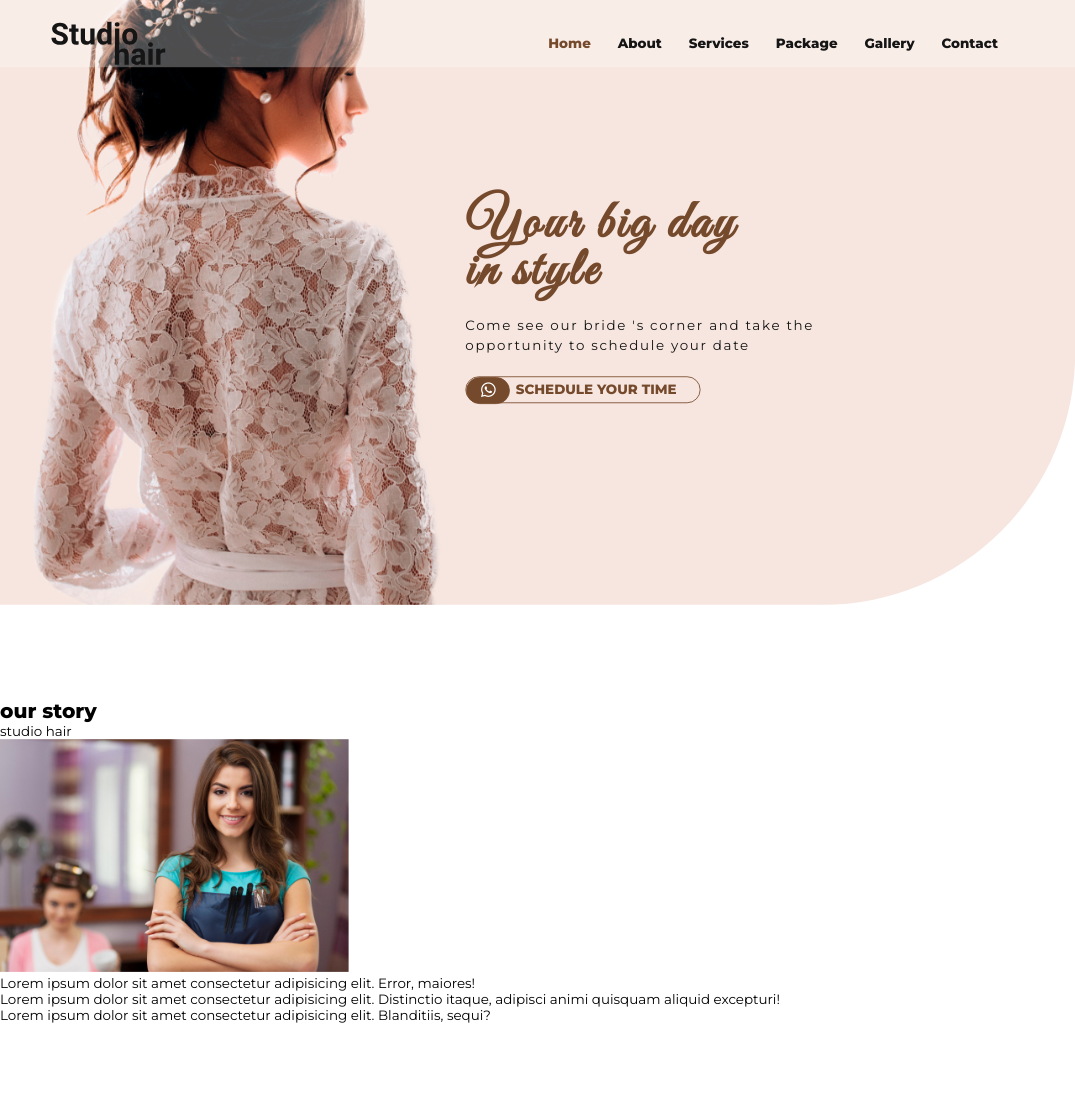
Repository: TuanHuflit2k1/clone-web01
Page: index.html
An editor plug-in stored every save of this project. The page is shown before and after a run of saves, followed by the edit.
The browser window is 1280 px wide. The pictures show the whole page, at 84% of full size.
Some web libraries are served in a nearby version.

Above is the page before, as saved 2022-04-28 11:04:49.

### index.html
<!DOCTYPE html>
<html lang="en">
  <head>
    <meta charset="UTF-8" />
    <meta http-equiv="X-UA-Compatible" content="IE=edge" />
    <meta name="viewport" content="width=device-width, initial-scale=1.0" />
    <title>Beauty Salon</title>
    <!-- css file -->
    <link rel="stylesheet" href="./style.css" />
    <!-- font awesomw CDN -->
    <link
      rel="stylesheet"
      href="https://cdnjs.cloudflare.com/ajax/libs/font-awesome/6.1.1/css/all.min.css"
      integrity="sha512-KfkfwYDsLkIlwQp6LFnl8zNdLGxu9YAA1QvwINks4PhcElQSvqcyVLLD9aMhXd13uQjoXtEKNosOWaZqXgel0g=="
      crossorigin="anonymous"
      referrerpolicy="no-referrer"
    />
  </head>
  <body>
    <!-- header -->
    <header class="header" id="header">
      <div class="navbar">
        <div class="logo">
          <img src="./img/logo.svg" alt="Logo" />
        </div>
        <nav class="nav-menu" id="nav-menu">
          <ul class="nav-list">
            <li><a href="#" class="nav-link active">home</a></li>
            <li><a href="#about" class="nav-link">about</a></li>
            <li><a href="#services" class="nav-link">services</a></li>
            <li><a href="#package" class="nav-link">package</a></li>
            <li><a href="#gallery" class="nav-link">gallery</a></li>
            <li><a href="#contact" class="nav-link">contact</a></li>
          </ul>
        </nav>
        <div class="nav-toggle" id="nav-toggle">
          <i class="fas fa-bars"></i>
        </div>
      </div>
    </header>
    <!-- end header -->
    <!-- start home section -->
    <section class="home">
      <div class="container">
        <div class="home-img">
          <img src="./img/home-img.png" />
        </div>
        <div class="home-content">
          <h1>Your big day<br /><span>in style</span></h1>
          <p>
            Come see our bride 's corner and take the opportunity to schedule
            your date
          </p>
          <a href="#" class="btn btn-outline">
            <i class="fab fa-whatsapp"></i>
            Schedule your time
          </a>
        </div>
      </div>
    </section>
    <!-- end section home -->
    <!-- start section about -->
    <section class="about" id="about">
      <div class="container">
        <div class="section-title">
          <h1>our story</h1>
          <span>studio hair</span>
        </div>
        <div class="about-detail">
          <div class="about-detal-content">
            <div class="about-img">
              <img src="./img/about-img.jpg" />
            </div>
            <div class="about-description">
              <p>
                Lorem ipsum dolor sit amet consectetur adipisicing elit. Error,
                maiores!
              </p>
              <p>
                Lorem ipsum dolor sit amet consectetur adipisicing elit.
                Distinctio itaque, adipisci animi quisquam aliquid excepturi!
              </p>
              <p>
                Lorem ipsum dolor sit amet consectetur adipisicing elit.
                Blanditiis, sequi?
              </p>
            </div>
          </div>
        </div>
      </div>
    </section>
    <!-- link js -->
    <script src="./main.js"></script>
  </body>
</html>

### style.css
/* font */
@import url("https://fonts.googleapis.com/css2?family=Great+Vibes&family=Montserrat:wght@300;400;600;800&display=swap");
:root {
  --header-height: 5rem;
  --main-color: #f7e6df;
  --first-color: #75492b;
  --secon-color: #dfd6a7;
  --white-color: #fff;
  --black-color: #151515;

  --font-cursive: "Great Vibes", cursive;
  --font-body: "Montserrat", sans-serif;

  --big-font-size: 3rem;
  --h1-font-size: 2.25rem;
  --h2-font-size: 1.5rem;
  --h3-font-size: 1.25rem;
  --normal-font-size: 1rem;
  --small-font-size: 0.813rem;
}
* {
  box-sizing: border-box;
  margin: 0;
  padding: 0;
  text-decoration: none;
  list-style: none;
  outline: none;
  border: none;
}
html {
  scroll-behavior: smooth;
}
body {
  background-color: var(--white-color);
  font-size: var(--normal-font-size);
  font-family: var(--font-body);
  overflow-x: hidden;
}
/* button */
.btn {
  width: 240px;
  display: flex;
  align-items: center;
  justify-content: center;
  text-align: center;
  background-color: var(--first-color);
  color: var(--white-color);
  border: 1px solid var(--first-color);
  border-radius: 50px;
  font-size: var(--normal-font-size);
  font-weight: bold;
  text-transform: uppercase;
  line-height: 1rem;
  padding: 10px 20px;
  cursor: pointer;
  transition: all 0.4s ease;
}
.btn:hover {
  background-color: transparent;
  color: var(--first-color);
}
.btn-outline {
  width: 280px;
  background-color: transparent;
  color: var(--first-color);
  padding: 5px 10px 5px 0;
  transition: all 0.4s ease;
  position: relative;
}
.btn-outline::before {
  content: "";
  position: absolute;
  top: 0;
  left: 0;
  width: 18%;
  height: 100%;
  background-color: var(--first-color);
  border: 1px solid var(--first-color);
  border-radius: 50px;
  transition: all 0.4s ease-in-out;
}
.btn-outline i {
  margin-right: 1.5rem;
  font-size: var(--h3-font-size);
  color: var(--white-color);
  z-index: 10;
}
.btn-outline:hover::before {
  width: 100%;
  z-index: -1;
}
.btn-outline:hover {
  color: var(--white-color);
  z-index: 10;
}
/* end button */
.header {
  position: fixed;
  top: 0;
  left: 0;
  right: 0;
  height: var(--header-height);
  background-color: rgba(255, 255, 255, 0.3);
  z-index: 10000;
  transition: all 0.4s ease;
}
.scroll-header {
  background-color: var(--white-color);
  box-shadow: 0 4px 6px rgba(0, 0, 0, 0.1);
}
.navbar {
  width: 100%;
  max-width: 1200px;
  margin: 0 auto;
  display: flex;
  justify-content: space-between;
  align-items: center;
  padding: 20px;
}
.nav-menu .nav-list {
  display: flex;
}
.nav-menu li {
  margin-right: 2rem;
}
.nav-link {
  font-size: var(--normal-font-size);
  color: var(--black-color);
  font-weight: bold;
  text-transform: capitalize;
  position: relative;
  transition: all 0.4s ease;
}
.nav-link::before {
  content: "";
  position: absolute;
  width: 0;
  left: 0;
  bottom: 0;
  height: 2px;
  background-color: var(--first-color);
  transition: all 0.4s ease-in-out;
}
.nav-link:hover::before {
  width: 100%;
}
.nav-link:hover,
.nav-link.active {
  color: var(--first-color);
}
.nav-toggle {
  font-size: var(--h1-font-size);
  padding: 5px 5px 0;
  border: 2px solid transparent;
  cursor: pointer;
  z-index: 100;
  display: none;
}
.nav-toggle:hover {
  color: var(--first-color);
  border: 2px solid var(--first-color);
}
/* Start Home Section */
.home {
  width: 100%;
  height: 100vh;
  background-color: var(--main-color);
  border-radius: 0 0 300px 0;
}
.home .container {
  max-width: 1200px;
  margin: 0 auto;
  display: flex;
  flex-wrap: wrap;
}
.home .home-img img {
  max-width: 100%;
  height: 100%;
}
.home .home-content {
  width: 40%;
  height: 100vh;
  display: flex;
  flex-direction: column;
  align-items: flex-start;
  justify-content: center;
}
.home-content h1 {
  font-family: var(--font-cursive);
  font-size: 4rem;
  line-height: 3.5rem;
  letter-spacing: 4px;
  color: var(--first-color);
  margin-bottom: 1.5rem;
}
.home-content p {
  font-weight: 400;
  line-height: 1.5rem;
  letter-spacing: 2px;
  color: var(--black-color);
  margin-bottom: 1.5rem;
}

/* End Home Section */
/* start about section */
.about {
    width: 100%;
    padding: 7rem 0;
    background-image: url();
}
@media (max-width: 920px) {
  .nav-menu {
    position: absolute;
    top: 0;
    right: 0;
    width: 0;
    height: 100vh;
    background-color: var(--main-color);
    font-size: var(--h2-font-size);
    text-align: center;
    text-transform: capitalize;
    padding-top: var(--header-height);
    box-shadow: 0 0 5px rgba(0, 0, 0, 0.4);
    transition: all 0.4s ease-in-out;
  }
  .show-nav {
    width: 60%;
  }
  .nav-menu .nav-list {
    display: block;
  }
  .nav-menu li {
    padding: 15px 0;
  }
  .nav-link {
    font-size: var(--h3-font-size);
  }
  .nav-toggle {
    display: block;
  }
  .home .home-img img {
    display: none;
  }
  .home .home-content {
    width: 100%;
    height: 100vh;
    display: flex;
    justify-content: center;
    align-items: center;
  }
  .home-content h1 {
    font-size: var(--big-font-size);
  }
  .home-content p {
    padding: 0 2rem;
  }
}

### main.js
//Show Navbar
const nav = document.querySelector(".nav-menu");
const toggle = document.querySelector(".nav-toggle");
toggle.onclick = () => {
  nav.classList.toggle("show-nav");
};
//Remove bar
const navLink = document.querySelectorAll(".nav-link");
function linkAction() {
  nav.classList.remove("show-nav");
}
navLink.forEach((n) => n.addEventListener("click", linkAction));
//change active color
function colorLink() {
  if (navLink) {
    navLink.forEach((n) => n.classList.remove("active"));
    this.classList.add("active");
  }
}
navLink.forEach((l) => l.addEventListener("click", colorLink));

After the next 4 saves:
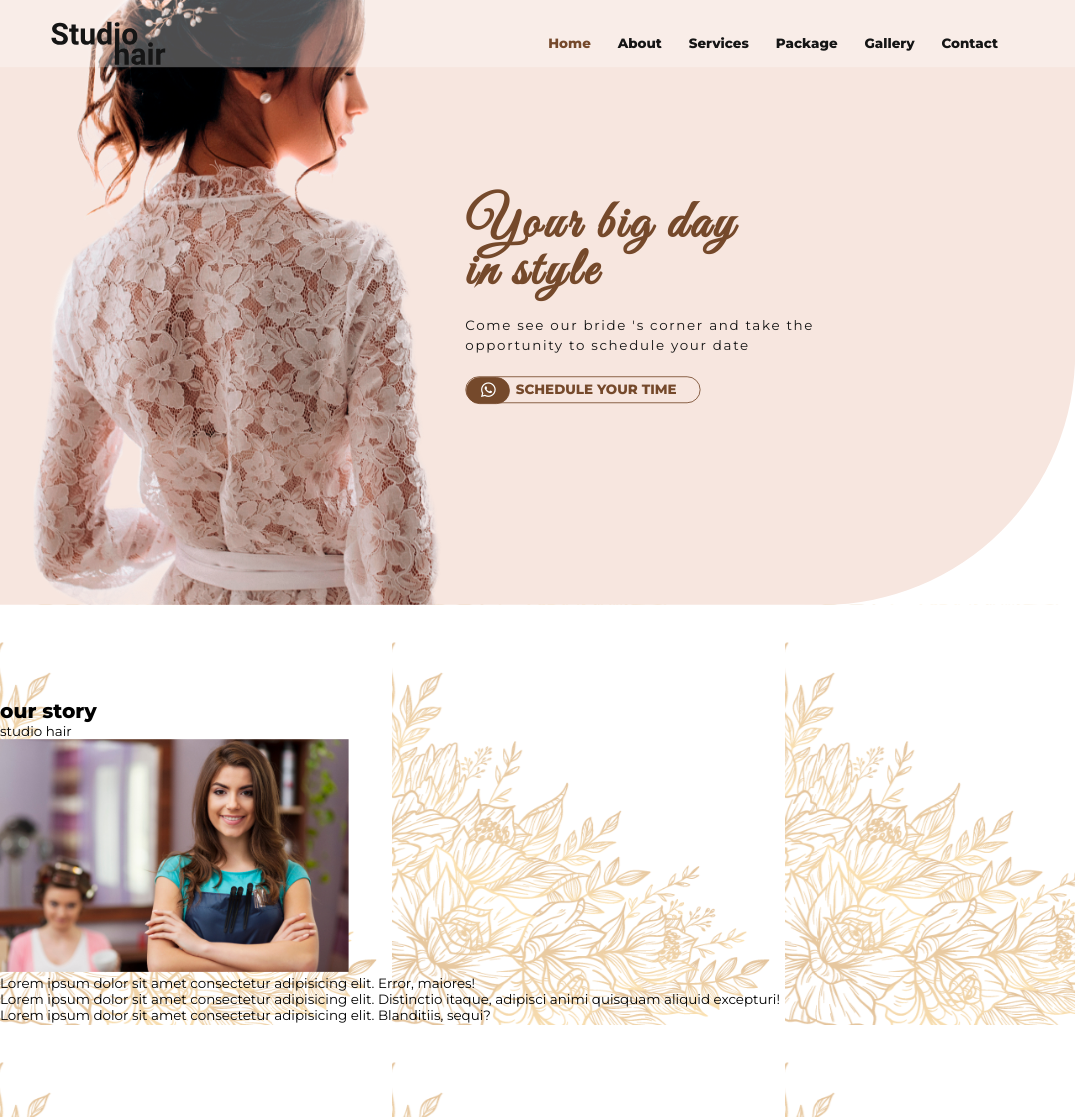
The 4 saves are shown as one change because they came seconds apart.
The last was saved 11 s later.
--- a/style.css
+++ b/style.css
@@ -206,7 +206,8 @@ body {
 .about {
     width: 100%;
     padding: 7rem 0;
-    background-image: url();
+    background-image: url(./img/arabesque-left-bottom.svg);
+
 }
 @media (max-width: 920px) {
   .nav-menu {
